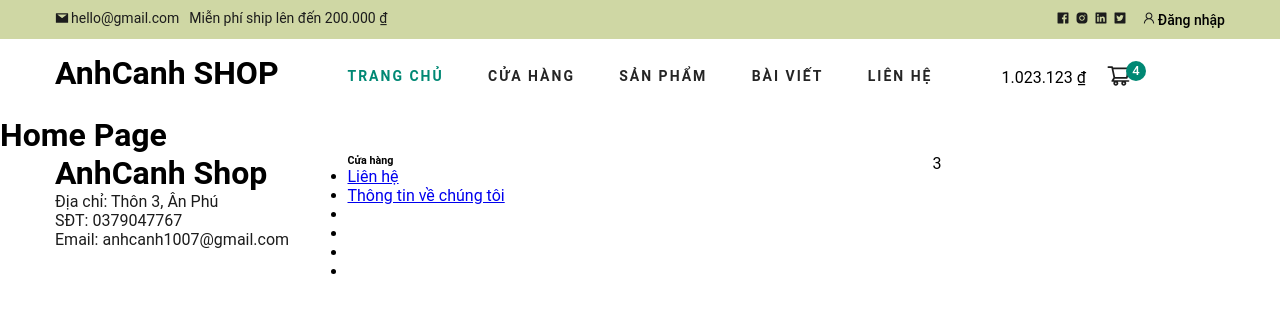
Repository: anhcanh1007/show_product
Page: /
The author's editor kept a copy of each file at every save. The page is drawn from the files as they stood at one save, then again after the next save.
The browser window is 1280 px wide. The pictures show the whole page.
The project was rebuilt for these pictures with package versions that can differ from the ones it lists, and the page was loaded fresh each time. Imported but missing from the stored project, and not drawn on this page: src/pages/user/profilePage.

Above is the page before, as saved 2024-01-26 14:48:19.

After the next save:
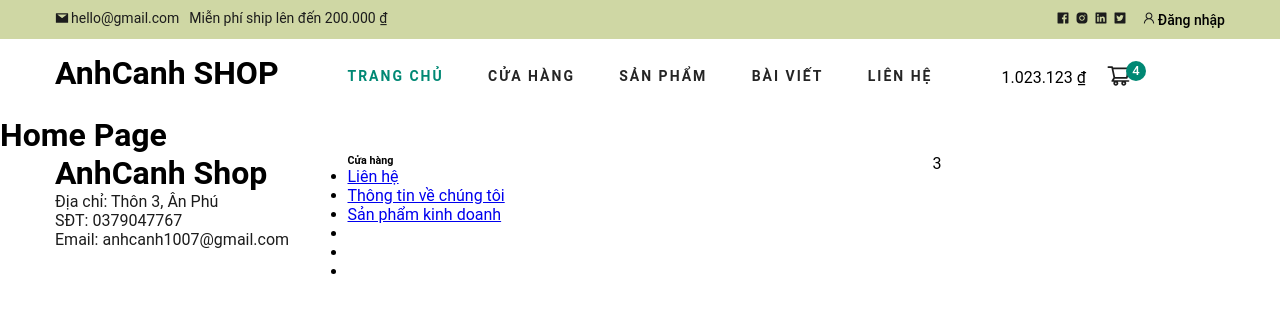
Saved 8 s later.
--- a/src/pages/user/theme/footer/index.js
+++ b/src/pages/user/theme/footer/index.js
@@ -29,7 +29,7 @@ const Footer = () => {
                     <Link to="">Thông tin về chúng tôi</Link>
                   </li>
                   <li>
-                    <Link to=""></Link>
+                    <Link to="">Sản phẩm kinh doanh</Link>
                   </li>
                 </ul>
                 <ul>
